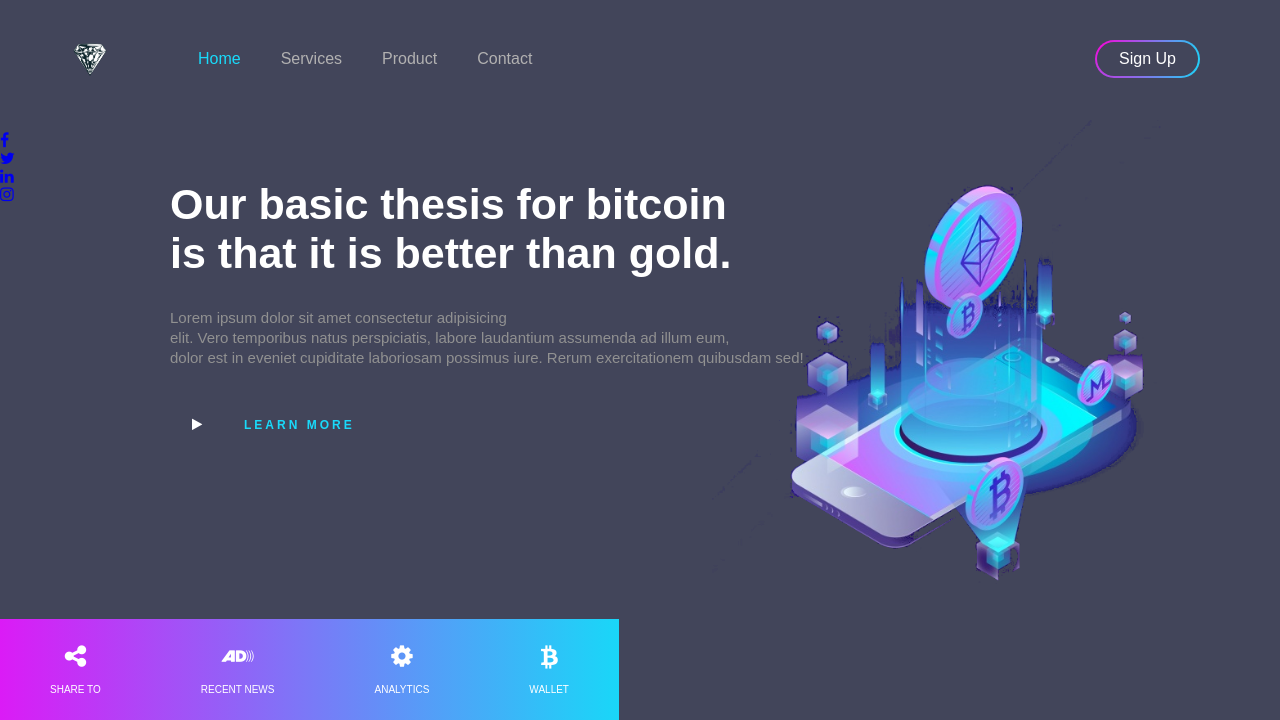
Repository: Aakarshit-Sharma19/Basic-HTML-and-CSS-Page-
Page: index.html
These files come from the project's save history. The page is drawn as it stood at one moment and after the next save; the edit follows.
The browser window is 1280 px wide. The pictures show the whole page.

Above is the page before, as saved 2020-11-10 17:12:13.

### index.html
<!DOCTYPE html>
<html lang="en">

<head>
    <title>Crypto Currency Web App - Easy Tutorials</title>
    <link rel="stylesheet" href="style.css">
    <link rel="stylesheet" href="https://stackpath.bootstrapcdn.com/font-awesome/4.7.0/css/font-awesome.min.css">
</head>

<body>
    <div class="container">
        <div class="menu">
            <ul>
                <li class="logo"><img src="1349.png" alt="diamond"></li>
                <li class="active">Home</li>
                <li>Services</li>
                <li>Product</li>
                <li>Contact</li>
                <li><a href="#" class="signup-btn"><span>Sign Up</span></a></li>
            </ul>
        </div>
        <div class="banner">
            <div class="app-text">
                <h1>Our basic thesis for bitcoin <br> is that it is better than gold.</h1>
                <p>Lorem ipsum dolor sit amet consectetur adipisicing <br>elit. Vero temporibus natus perspiciatis,
                    labore
                    laudantium assumenda ad illum eum,<br>  dolor est in eveniet cupiditate laboriosam possimus iure.
                    Rerum
                    exercitationem quibusdam sed!</p>
                <div class="play-btn">
                    <div class="play-btn-inner"><i class="fa fa-play" aria-hidden="true"></i>
                    </div>
                    <small><b>LEARN MORE</b></small>
                </div>
            </div>
            <div class="app-picture">
                <img src="background.png" alt="">
            </div>
        </div>
        <div class="quick-links">
            <ul>
                <li>
                    <i class="fa fa-share-alt" aria-hidden="true"></i><p>SHARE TO</p>
                </li>
                <li>
                   <i class="fa fa-audio-description" aria-hidden="true"></i><p>RECENT NEWS</p>
                </li>
                <li>
                    <i class="fa fa-cog" aria-hidden="true"></i><p>ANALYTICS</p>
                </li>
                <li>
                    <i class="fa fa-btc" aria-hidden="true"></i><p>WALLET</p>
                </li>
            </ul>

        </div>
        <div class="social-icons">
            <ul>
                <li><a href="#"><i class="fa fa-facebook" aria-hidden="true"></i></a></li>
                <li><a href="#"><i class="fa fa-twitter" aria-hidden="true"></i></a></li>
                <li><a href="#"><i class="fa fa-linkedin" aria-hidden="true"></i></a></li>
                <li><a href="#"><i class="fa fa-instagram" aria-hidden="true"></i></a></li>
            </ul>
        </div>
    </div>
</body>

</html>

### style.css
* {
    margin: 0;
    padding: 0;
    font-family: sans-serif;
}

body{
    background: #42455a;
}
.container{
    width: 100%;
    height: 100%;
}

.menu ul{
    display: inline-flex;
    margin: 50px;
}

.menu ul li{
    list-style: none;
    margin: 0 20px;
    color: #b2b1b1;
    cursor: pointer;
}

.logo img{
    width: 40px;
    margin-top: -12px;
    margin-right: 48px;
}

.active{
    color: #19dafa!important;
}

.signup-btn{
    top: 40px;
    right: 80px;
    position: absolute;
    text-decoration: none;
    color: #fff;
    border: 2px solid transparent;
    border-radius: 20px;
    background-image: linear-gradient(#42455a, #42455a), radial-gradient(circle at top left, #fd00da, #19d7f8);
    background-origin: border-box;
    background-clip: content-box,border-box;
}

.signup-btn span{
    display: block;
    padding: 8px 22px;
}

.banner{
    width: 80%;
    height: 70%;
    top: 25%;
    left: 130px;
    position: absolute;
    color: #fff;
}

.app-text{
    width: 50%;
    float: left;
}

.app-text h1{
    font-size: 43px;
    width: 640px;
    position: relative;
    margin-left: 40px;
}

.app-text p{
    font-size: 15px;
    width: 650px;
    margin: 30px 0 30px 40px;
    line-height: 20px;
    color: #919191;
}

.app-picture{
    width: 50%;
    float: right;
}

.app-picture img{
    width: 100%;
    margin-top: -60px;
    padding-left: 70px;
}

.play-btn{
    margin-left: 40px;
    display: inline-flex;
}

.play-btn-inner{
    height: 50px;
    width: 50px;
    border: 2px solid transparent;
    border-radius: 50%;
    background-image: linear-gradient(#42455a, #42455a), radial-gradient(circle at top left, #fd00da, #19d7f8);
    background-origin: border-box;
    background-clip: content-box,border-￼
    Home
    Services
    Product
    Contact
    Sign Up
    box;
    text-align: center;
}
.play-btn-inner .fa{
    padding: 18px 0px;
    font-size: 13px;
    cursor: pointer;
}

small{
    margin: auto 20px;
    cursor: pointer;
    font-size: 12px;
    color: #19dafa;
    letter-spacing: 3px;
}

.quick-links{
    left: 0;
    bottom: 0;
    position: absolute;
    background: linear-gradient(to right, #db1bf6, #19d7f8);
}
.quick-links ul{
    display: inline-flex;
    margin: 25px auto;
    text-align: center;
}
.quick-links ul li{
    list-style: none;
    margin: 0 50px;
    cursor: pointer;
}
.quick-links ul li .fa{
    font-size: 25px;
    color: white;
}

.quick-links ul li p{
    margin-top: 15px;
    font-size: 10px;
    color: white;
}

After the next save:
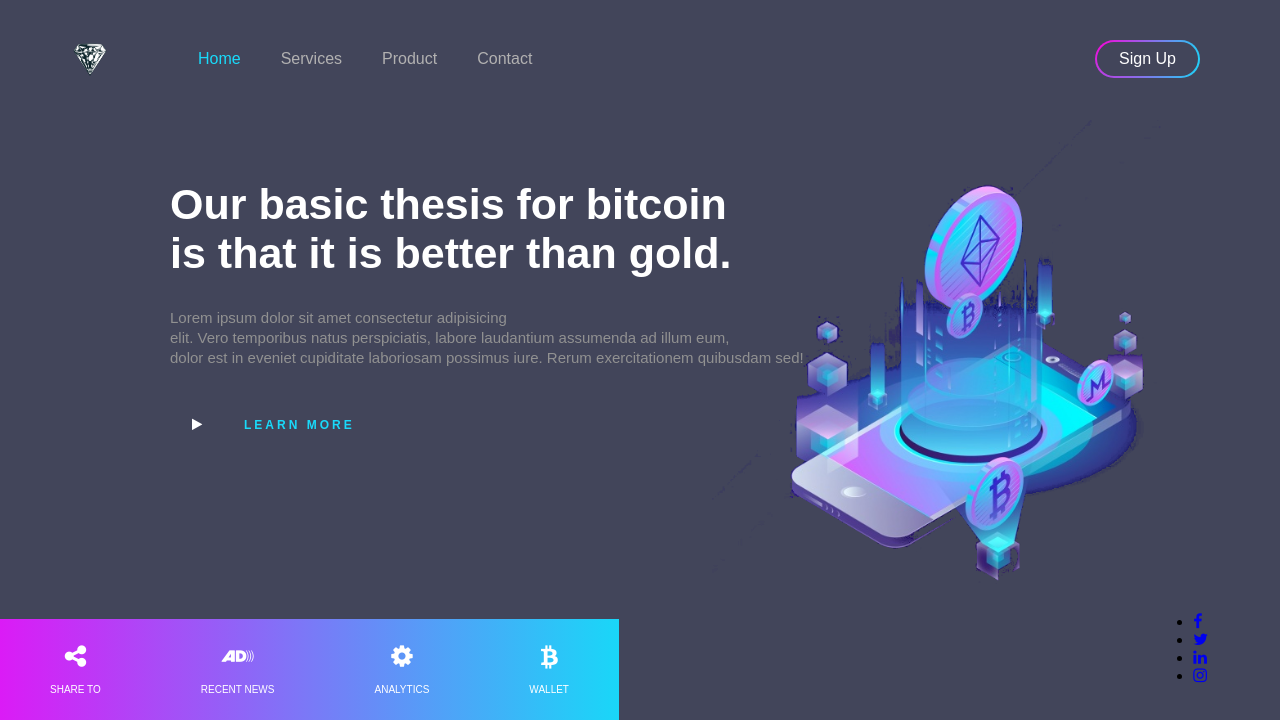
Saved 40 s later.
--- a/style.css
+++ b/style.css
@@ -153,3 +153,9 @@ small{
     font-size: 10px;
     color: white;
 }
+
+.social-icons{
+    right: 72px;
+    bottom: 35px;
+    position: absolute;
+}
